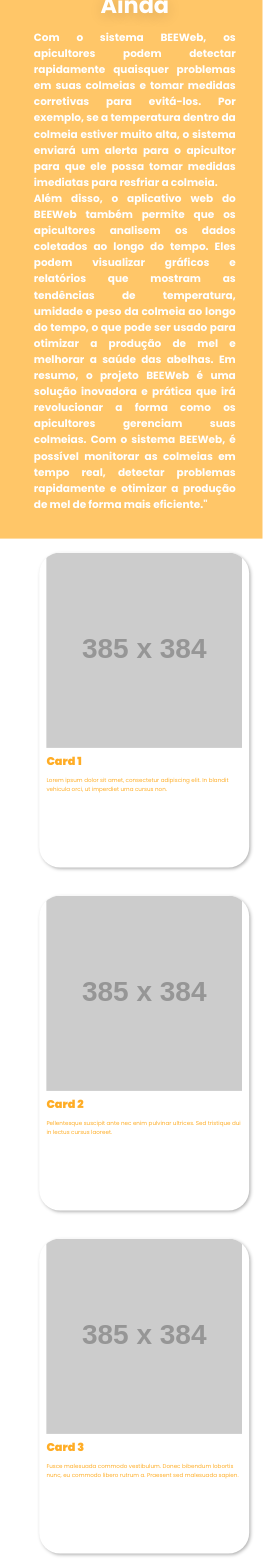
Repository: CCG-web/beeweb
Page: /
The author's editor kept a copy of each file at every save. The page is drawn from the files as they stood at one save, then again after the next save.
The browser window is 375 px wide. The page is 376 px wide, then 375 px, so the pictures cover 376 px, including what lies to the right of the window. The pictures show the part of the page from y = 1578 to 3818 px (the page is 3818 px tall), at 70% of full size.
The project was rebuilt for these pictures with package versions that can differ from the ones it lists, and the page was loaded fresh each time.

Above is the page before, as saved 2023-05-04 15:13:20.

After the next save:
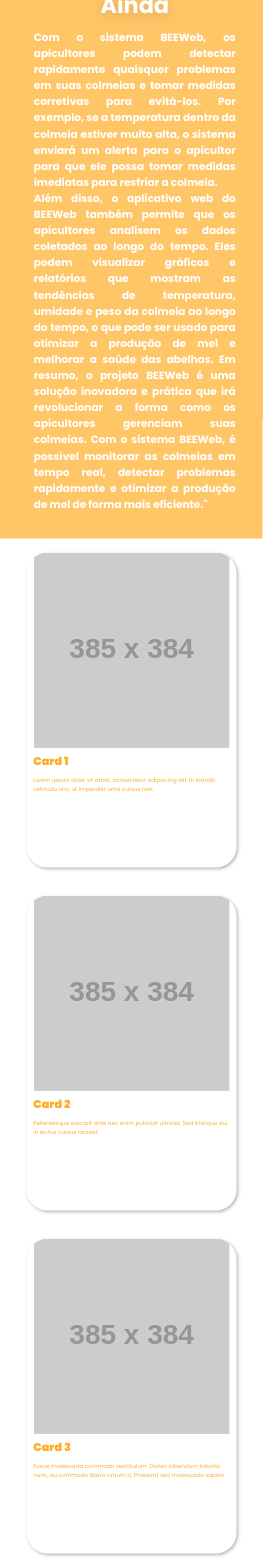
Saved 53 s later.
--- a/src/App.css
+++ b/src/App.css
@@ -26,7 +26,7 @@
 @media screen and (max-width: 567px) {
 
     .card {
-        margin-left: 15%;
+        margin-left: 10%;
     }
 
 }
